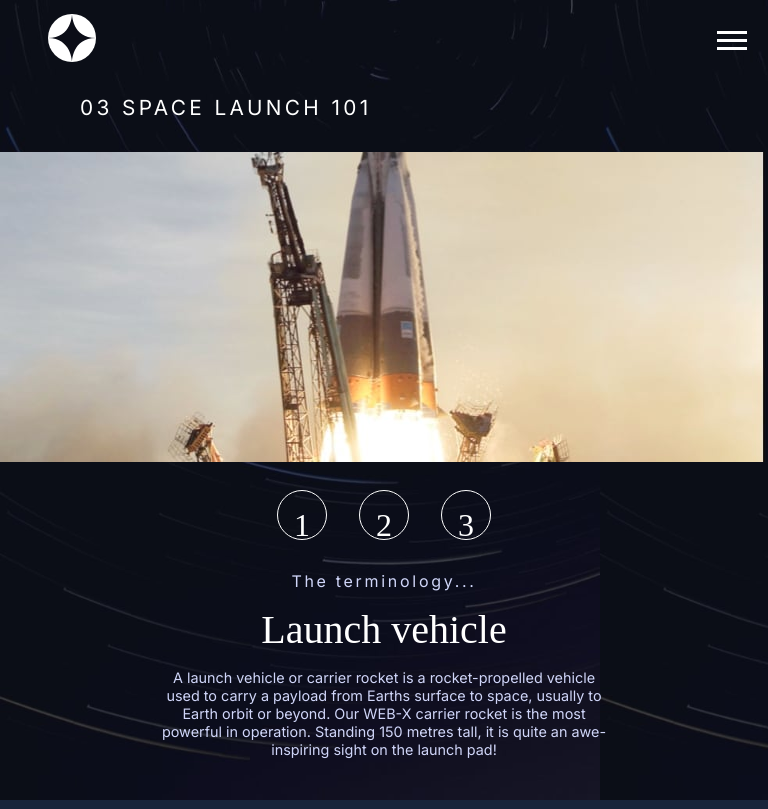
Repository: nilesjamex/space
Page: /Technology
An editor plug-in stored every save of this project. The page is shown before and after the next save, followed by the edit.
The browser window is 768 px wide. The pictures show the whole page.
Some web fonts or font styles are not loaded; a fallback is used. The project was rebuilt for these pictures with package versions that can differ from the ones it lists, and the page was loaded fresh each time. The framework's server and built-in components were replaced by stand-ins that run in the browser. Also part of the build but not shown: next.config.js.

Above is the page before, as saved 2022-01-09 01:06:43.

After the next save:
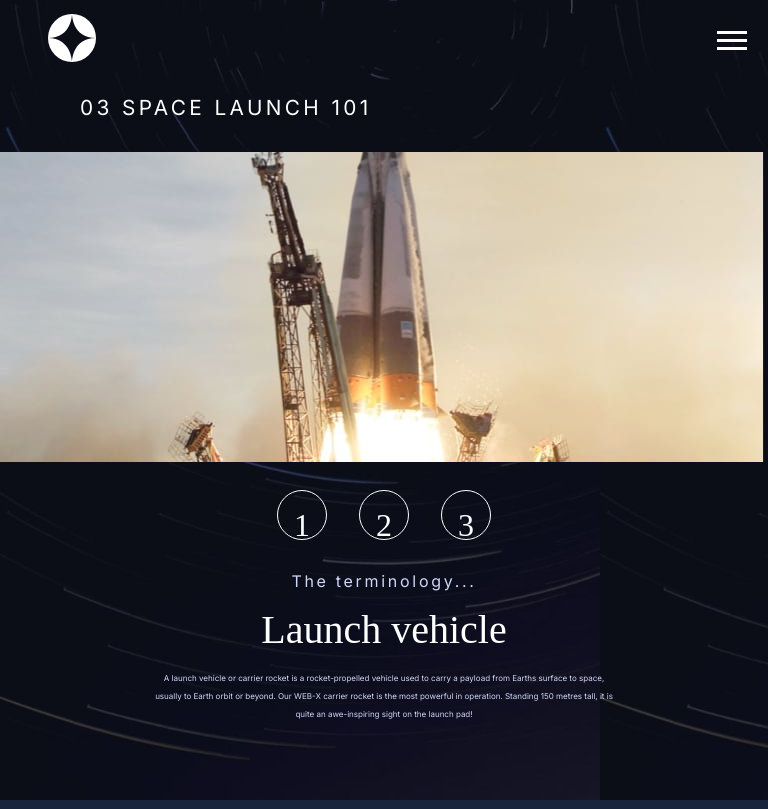
Saved 18 s later.
--- a/Components/Technology/Tech1/Tech.module.css
+++ b/Components/Technology/Tech1/Tech.module.css
@@ -120,7 +120,7 @@
     .techtextbody {
         font-size: 0.8rem;
         line-height: 25px;
-        font-size: 0.9rem;
+        font-size: 0.5rem;
         line-height: 18px;
     }
     .number {
